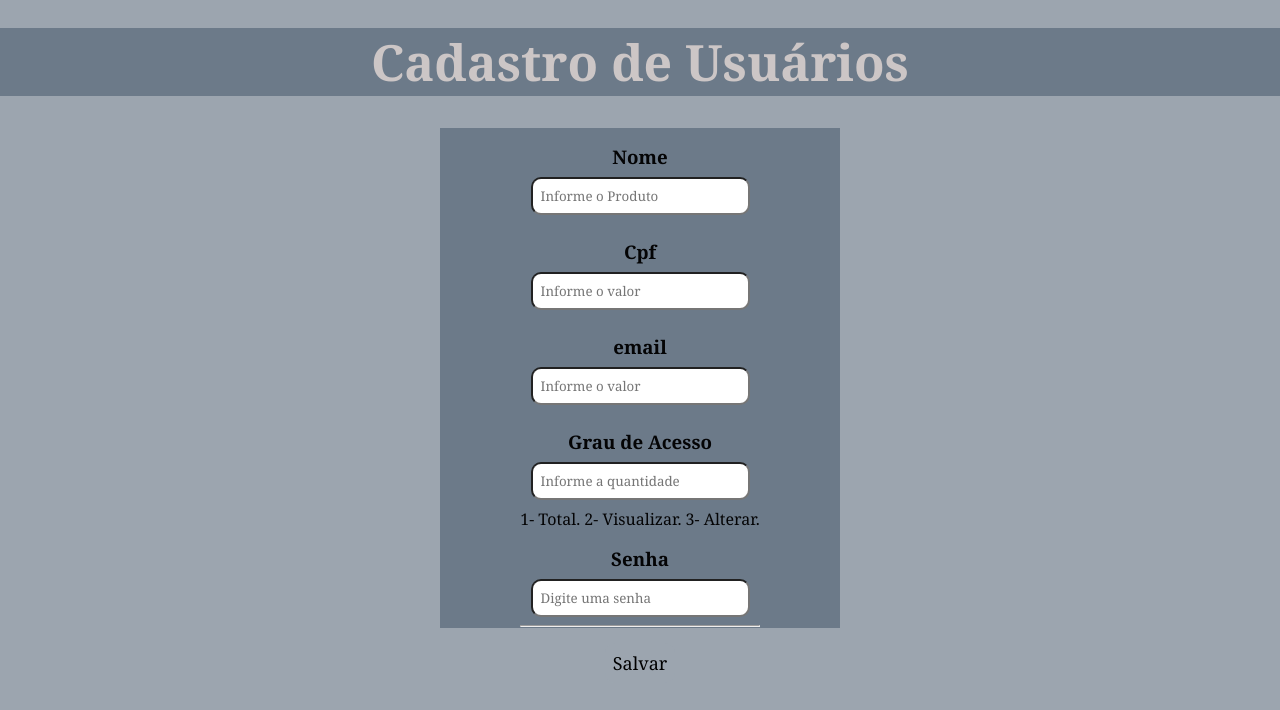
Repository: ArthurKJun/ProjetoCantinaEclipse
Page: http://localhost/arsan/cadastroUsuario.jsp
The author's editor kept a copy of each file at every save. The page is drawn from the files as they stood at one save, then again after the next save.
The browser window is 1280 px wide. The pictures show the whole page.
The page is served by Tomcat 9.

Above is the page before, as saved 2023-11-03 22:32:58.

After the next save:
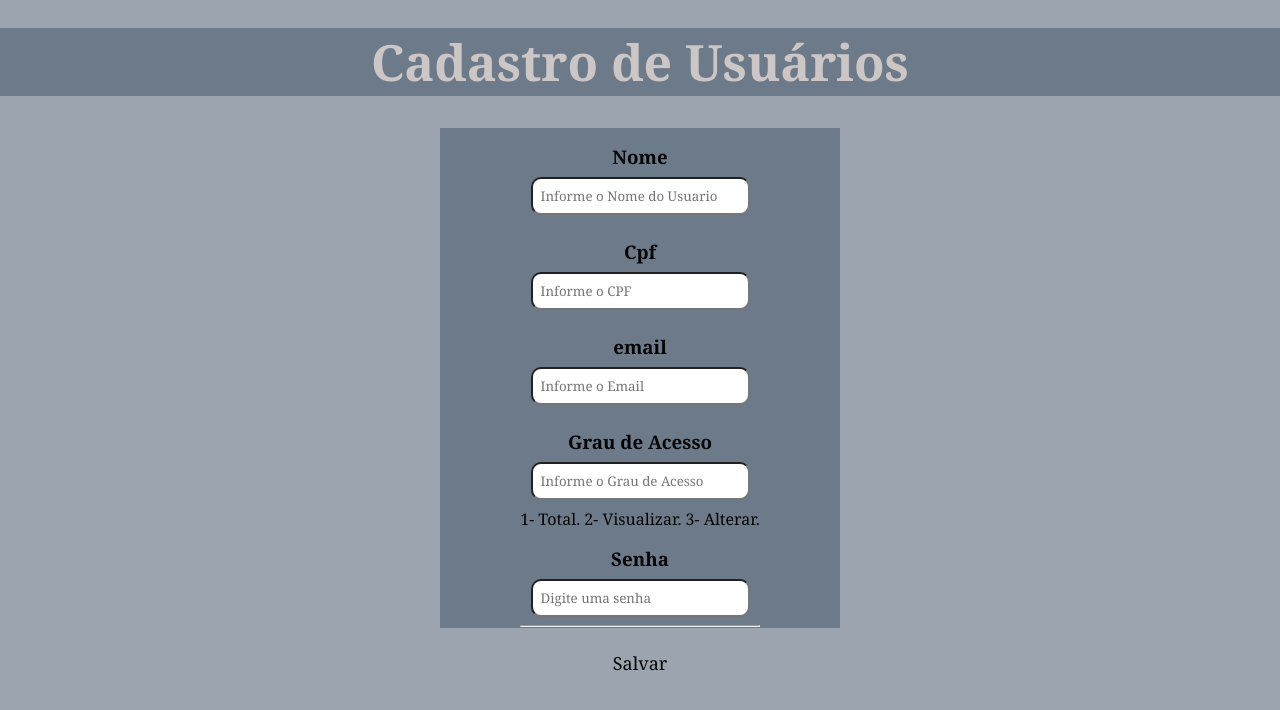
Saved 5 min 33 s later.
--- a/arsan/src/main/webapp/cadastroUsuario.jsp
+++ b/arsan/src/main/webapp/cadastroUsuario.jsp
@@ -23,20 +23,20 @@
 
 			<div class="inputs-cadastro">
 
-				<form action="gravarProduto.jsp?editar=no" method="POST">
+				<form action="gravarUsuario.jsp?editar=no" method="POST">
 
 					<h3>Nome</h3>
 					<input type="text" id="nome" name="nome"
-						placeholder="Informe o Produto">
+						placeholder="Informe o Nome do Usuario">
 					<h3>Cpf</h3>
-					<input type="text" id="preco" name="preco"
-						placeholder="Informe o valor">
+					<input type="text" id="cpf" name="cpf"
+						placeholder="Informe o CPF">
 					<h3>email</h3>
 					<input type="text" id="email" name="email"
-						placeholder="Informe o valor">
+						placeholder="Informe o Email">
 					<h3>Grau de Acesso</h3>
-					<input type="number" id="quant" name="quantidade"
-						placeholder="Informe a quantidade">
+					<input type="number" id="cod_perfil" name="cod_perfil"
+						placeholder="Informe o Grau de Acesso">
 					<p>1- Total.  2- Visualizar. 3- Alterar.
 					<h3>Senha</h3>
 					<input type="password" id="senha" name="senha" placeholder="Digite uma senha">
